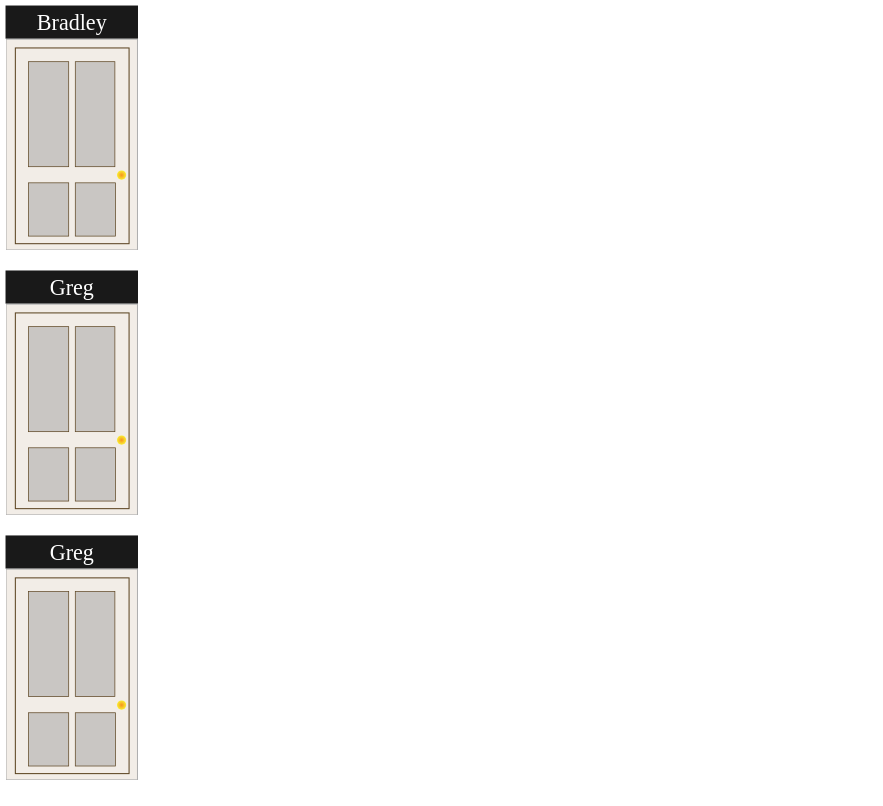
Repository: dnguyen130/HelpAHomieV3
Page: index.html
These files come from the project's save history. The page is drawn as it stood at one moment and after a run of saves; the edit follows.
The browser window is 1280 px wide. The pictures show the whole page, at 69% of full size.

Above is the page before, as saved 2021-03-10 19:47:05.

### index.html
<!DOCTYPE html>
<html lang="en">
<head>
    <meta charset="UTF-8">
    <meta http-equiv="X-UA-Compatible" content="IE=edge">
    <meta name="viewport" content="width=device-width, initial-scale=1.0">
    <link rel="stylesheet" href="styles.css" type="text/css">
    <title>Document</title>
</head>
<body>

    <div class="main">
        <div class="arrow"></div>
        <div class="doortest"></div>
        <div class="arrow"></div>
    </div>
    <script src="./comps/Door/index.js"></script>
    <script src="./comps/TriangleButton/index.js"></script>
    <script src="workflow.js"></script>
</body>
</html>

### comps/Door/index.js
function DoorUI(text="Bradley", image="images/doorclosed.svg", hoverimage="images/dooropened.svg"){
    return `
        <div style="
            width: 12rem;
            height: 24rem;
            display: flex;
            flex-direction: column;
            align-items: center;
        ">
            <div style="
                width: 12rem;
                height: 3rem;
                font-size: 2rem;
                background-color: #191919;
                color: white;
                display: flex;
                align-items: center;
                justify-content: center;
            ">${text}
            </div>
            <img
            src="${image}"
            onmouseover="this.src='${hoverimage}'"
            onmouseout="this.src='${image}'"
            />
        </div>
    `
}


// export const Door = DoorUI();

### comps/TriangleButton/index.js
function TriangleButtonUI(tri="images/Circle-Triangle.png") {
    return `
    <div style="
            width: 5rem;
            height: 5rem;
            display: flex;
            flex-direction: column;
            align-items: center;
            padding: 3rem;
            border-radius: 25rem;
            background-color: #FFFFFF;
        "
        onmouseover="this.style.boxShadow= '0px 0px 10px 5px rgba(251, 0, 181, 0.7)'"
        onmouseout="this.style.boxShadow='0px 0px 0px 0px rgba(251, 0, 181, 0.7)'"
        >
            <img
            src="${tri}"
            />
        </div>
    `
}

### workflow.js
//arrows

//doors
document.querySelector(".doortest").innerHTML += DoorUI();
document.querySelector(".doortest").innerHTML += DoorUI("Greg");
document.querySelector(".doortest").innerHTML += DoorUI("Greg");

Loaded but not shown: styles.css (no stored copy; drawn as an empty file)

After the next 2 saves:
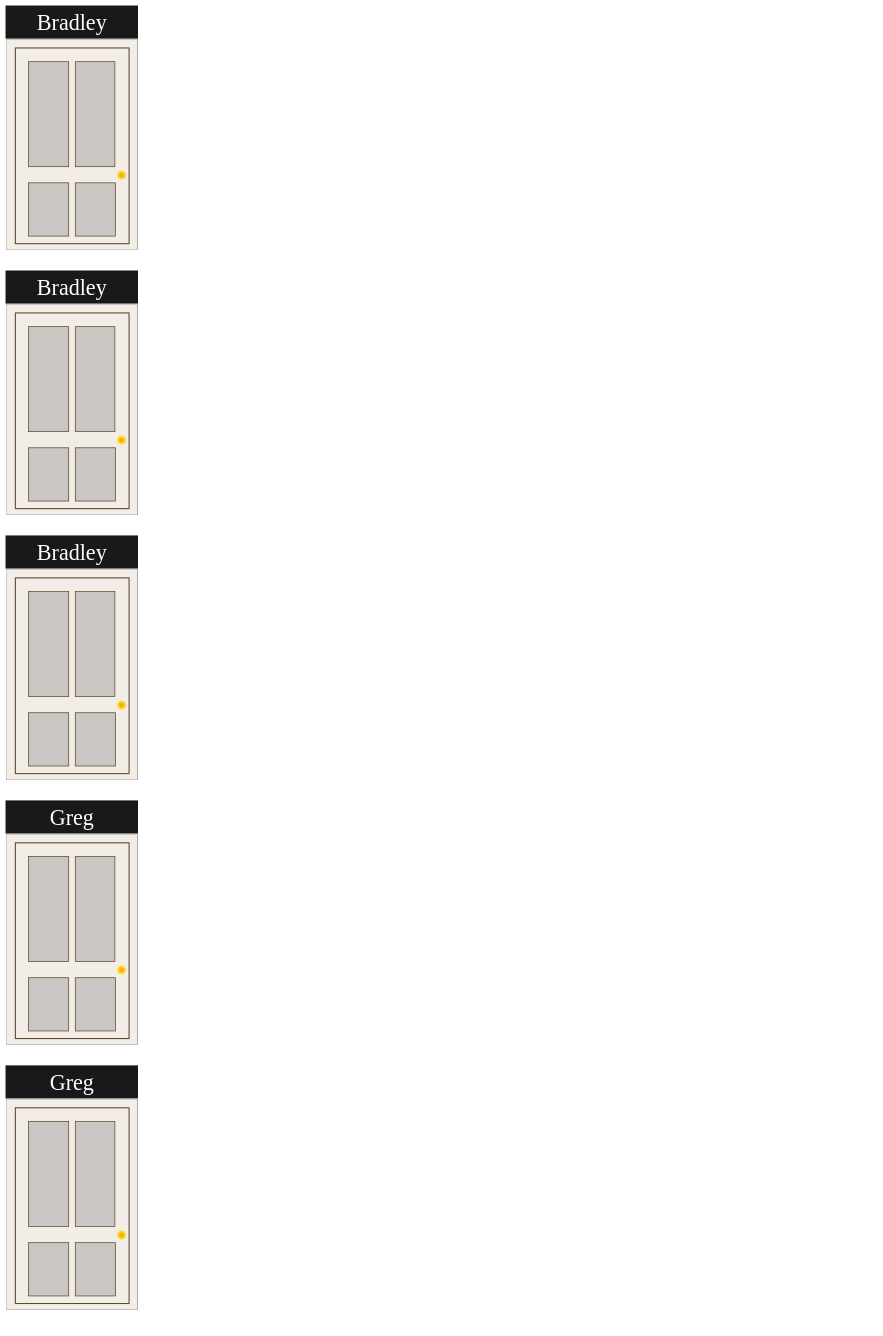
The 2 saves are shown as one change because they came seconds apart.
The last was saved 15 s later.
--- a/workflow.js
+++ b/workflow.js
@@ -1,4 +1,7 @@
 //arrows
+document.querySelector(".doortest").innerHTML += DoorUI();
+document.querySelector(".doortest").innerHTML += DoorUI();
+
 
 //doors
 document.querySelector(".doortest").innerHTML += DoorUI();
